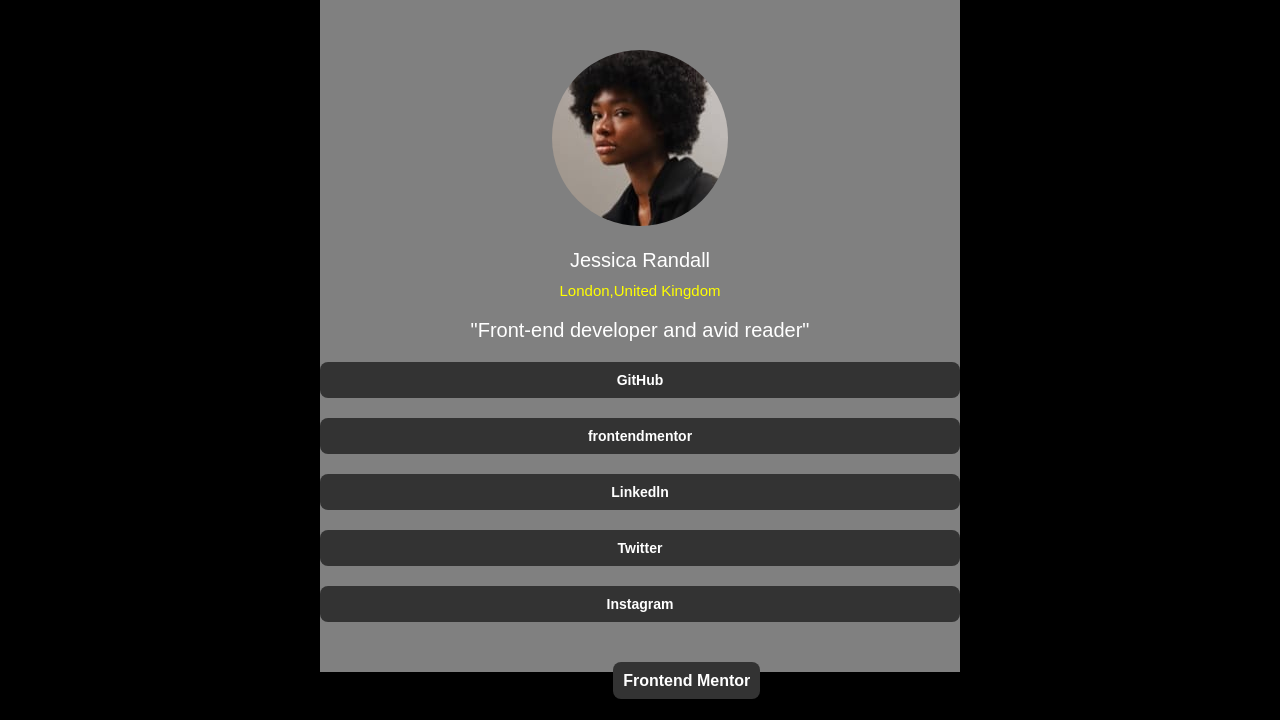
Repository: JosephAbatan05/Social-links-profile
Page: social-links-profile-main/index.html
An editor plug-in stored every save of this project. The page is shown before and after the next save, followed by the edit.
The browser window is 1280 px wide. The pictures show the whole page.

Above is the page before, as saved 2025-01-25 11:06:29.

### social-links-profile-main/index.html
<!DOCTYPE html>
<html lang="en">
<head>
  <meta charset="UTF-8">
  <meta name="viewport" content="width=device-width, initial-scale=1.0"> <!-- displays site properly based on user's device -->

  <link rel="icon" type="image/png" sizes="32x32" href="./assets/images/favicon-32x32.png">

  <title>Frontend Mentor | Social links profile</title>
<link rel="stylesheet" href="styles.css">

  <!-- Feel free to remove these styles or customise in your own stylesheet 👍 --<style>
    .attribution { font-size: 11px; text-align: center; }
    .attribution a { color: hsl(228, 45%, 44%); }
  </style>
</head>
<body>

  Jessica Randall
  London, United Kingdom
  "Front-end developer and avid reader."

  GitHub
  Frontend Mentor
  LinkedIn
  Twitter
  Instagram


-->

<div class="container">
  <img src="assets\images\avatar-jessica.jpeg" >

<div id="name">Jessica Randall</div>
<div class="description">London,United Kingdom</div>
<div class="about">"Front-end developer and avid reader"</div>
<div id="fa-links-container">
  <div >
    <a href="https://github.com" class="button">GitHub</a>



    <a href="https://frontendmentor.com" class="button">frontendmentor</a>




    <a href="https://Linkedln.com" class="button">Linkedln</a>





    <a href="https://Twitter.com" class="button">Twitter</a>





    <a href="https://Instagram.com" class="button">Instagram</a>






  </div>



</div>


</div>
<div class="attribution">
  Challenge by <a href="https://www.frontendmentor.io?ref=challenge" target="_blank">Frontend Mentor</a>.
</div>

</body>
</html>

### social-links-profile-main/styles.css
body{
    margin:0;
    padding:0;
    box-sizing: border-box;
    background-color: black;
    font-family: sans-serif;
}
.container{
    text-align: center;
    margin: 0 auto;
    font-size:14px;
    background-color: grey;
    max-width: 50%;
    padding: 50px 0;
}
img{
    border-radius:50%;


}
.container #name{
    color:white;
    margin-top: 20px;
    font-size:20px;
}

.container .description{
    color:yellow;
    margin-top: 10px;
    font-size: 15px;
}
.container .about{
    margin-top:20px;
    color:white;
    font-size: 20px;
}

.fa-links-container{
    margin-top:20px;
    padding:10px;
    text-align: center;

}
/*
.fa-links-container div a button{
    padding:10px;
    border-radius:5px;
    background-color:rgb(37, 36, 36);
    color:white;
    margin:0  auto;
    max-width: 45%;
    align-items:flex-end;
   margin-top: 5px;
   font-weight:bold
}
   */

.button{
    display: flex;
    gap:15px;
    flex-direction: column;
    margin-top: 20px;
}
 a{
    text-decoration: none;
    font-weight:600;
    padding:10px;
    border: none;
    color:white;
    background-color:hsl(0, 0%, 20%);
    border-radius:8px;
    max-width:45
    height:15px;
    border:none;
    justify-content: center;
}
.attribution{
    text-align:center;
    text-decoration: none;
}

After the next save:
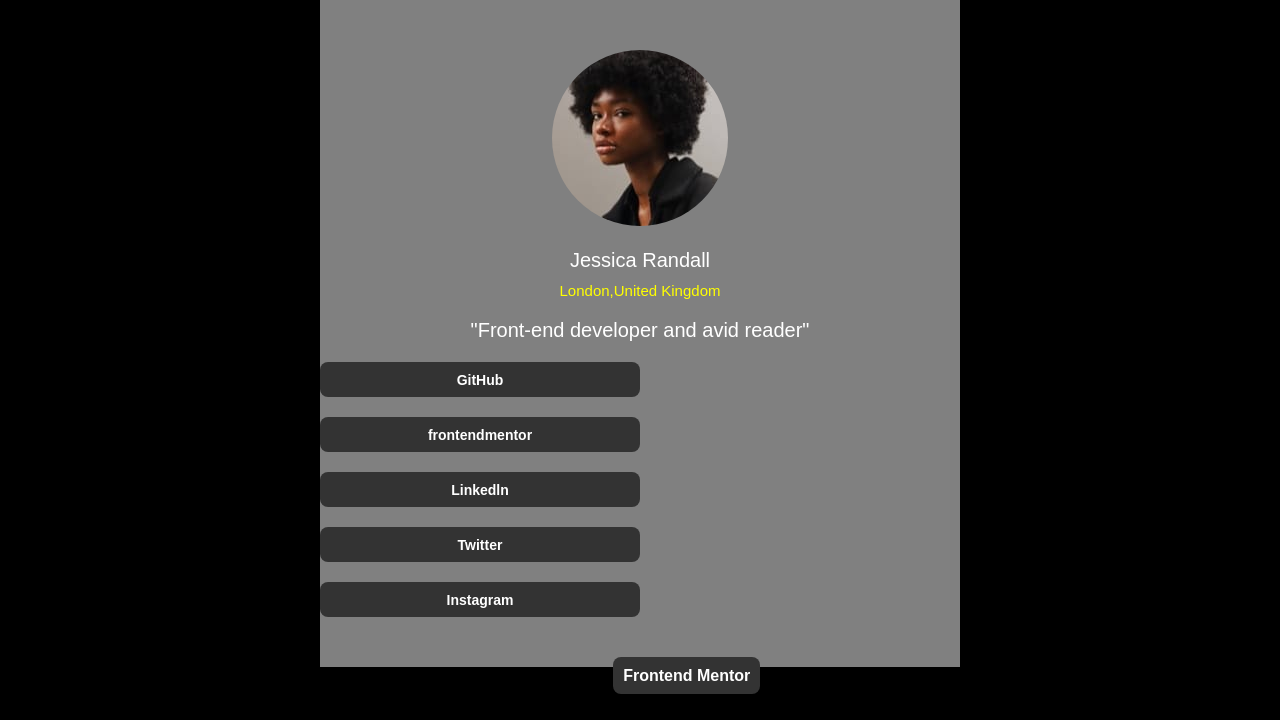
Saved 4 s later.
--- a/social-links-profile-main/styles.css
+++ b/social-links-profile-main/styles.css
@@ -69,7 +69,7 @@ img{
     color:white;
     background-color:hsl(0, 0%, 20%);
     border-radius:8px;
-    max-width:45
+    max-width:300px;
     height:15px;
     border:none;
     justify-content: center;
